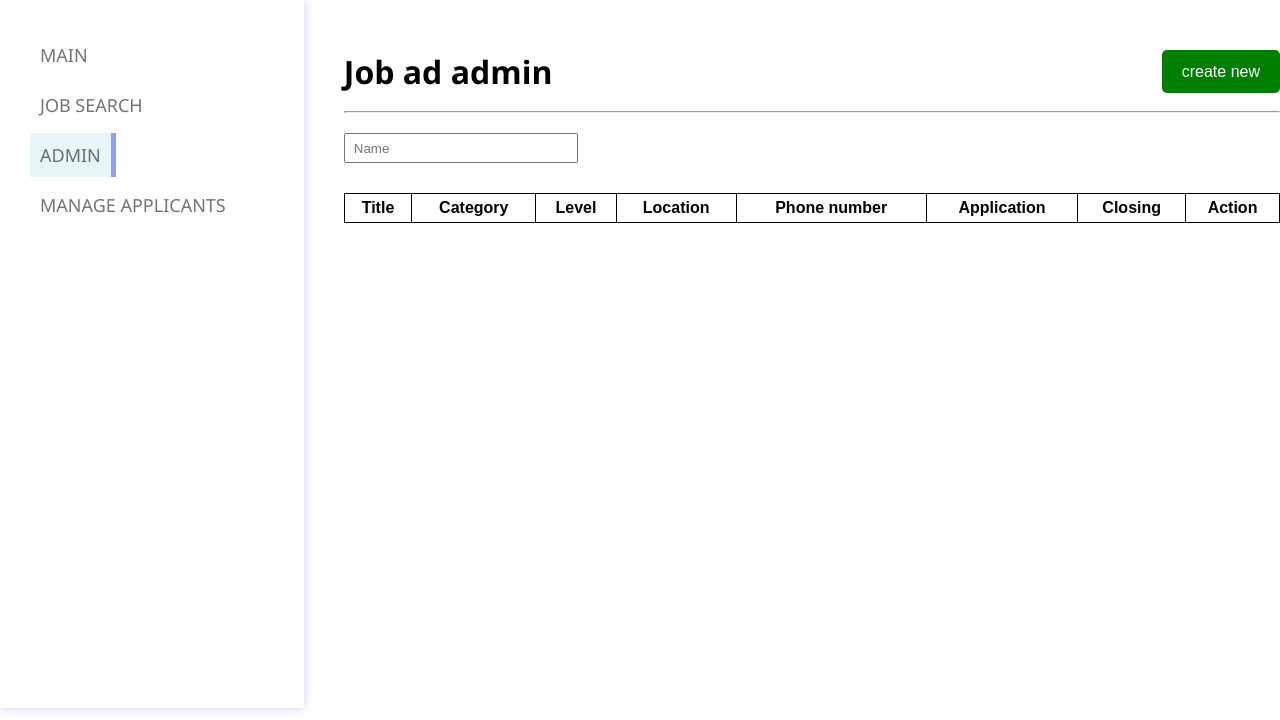
Repository: ismoil3/todo-users
Page: admin page/admin.html
An editor plug-in stored every save of this project. The page is shown before and after a run of saves, followed by the edit.
The browser window is 1280 px wide. The pictures show the whole page.
The page's requests for data from a server got no answer.

Above is the page before, as saved 2024-08-23 12:44:05.

### admin page/admin.html
<!DOCTYPE html>
<html lang="en">
  <head>
    <meta charset="UTF-8" />
    <meta name="viewport" content="width=device-width, initial-scale=1.0" />
    <title>Document</title>
    <link rel="stylesheet" href="/admin page/admin.css" />
    <link rel="stylesheet" href="/style.css" />
    <link rel="icon" href="/image.png">
  </head>
  <body>
    <div class="main">
      <div class="categories">
        <a href="/main.html">MAIN</a><br />
        <a href="/jobsearch.html">JOB SEARCH</a><br />
        <a class="amain" href="/admin.html">ADMIN</a><br />
        <a href="/mesegeAplicants.html">MANAGE APPLICANTS</a><br />
      </div>

      <div class="rigth" id="rigth">
        <div class="job">
          <h1 class="Letest">Job ad admin</h1>
          <a href="/add/add.html" class="as">create new</a>
        </div>
        <br />
        <hr />
        <input type="search" class="search" placeholder="Name" />
        <table
          style="
            border: 1px solid black;
            width: 100%;
            margin: auto;
            padding: 10px 10px;
            margin-top: 30px;
          "
        >
          <thead>
            <tr>
              <th>Title</th>
              <th>Category</th>
              <th>Level</th>
              <th>Location</th>
              <th>Phone number</th>
              <th>Application</th>
              <th>Closing</th>
              <th>Action</th>
            </tr>
          </thead>
          <tbody class="box1"></tbody>
        </table>
      </div>
    </div>
    <script src="https://cdn.jsdelivr.net/npm/axios/dist/axios.min.js"></script>
    <script type="module" src="/admin page/main.js"></script>
  </body>
</html>

### admin page/admin.css
.job {
  display: flex;
  justify-content: space-between;
}

table {

  border-collapse: collapse;
}

table,
th,
td {
  border: 1px solid black;
  padding: 5px;
}
th{

}
.search{
  width: 25%;
  height: 30px;
  margin-top: 20px;
}
.btndelete{
display: block;
padding: 3px 15px;
text-align: center;
color: white;
background-color: red;
border-radius: 5px;
border-color: red;

}
.btndelete:hover{
  background-color: transparent;
  color: red;
  border-color: red;
  transform: 1s;
}
.btnedit{
  display: block;
  padding: 3px 0px;
  width: 50px;
  margin-top: 4px;
  text-align: center;
  text-decoration: none;
  color: white;
  background-color: gray;
  border-radius: 5px;
  border: 1px solid gray;

}

.btnedit:hover{
  background-color: transparent;
  color: gray;
  border-color: gray;
  transform: 1s;
}

### style.css
* {
  margin: 0;
}
.btnaddsil a {
  text-decoration: none;
  color: white;
}
.btnaddsil {
  background-color: green;
  border-radius: 10px;
  padding: 10px 20px;
  position: relative;
  left: 1000px;
  z-index: 1;
  top: 40px;
}
.categories {
  position: sticky;
  top: 0;
  line-height: 50px;
  width: 250px;
  box-shadow: 0px 0px 10px rgba(0, 0, 255, 0.201);
  height: 90vh;
  font-family: "Segoe UI", Tahoma, Geneva, Verdana, sans-serif;
  padding: 30px 30px;
  font-weight: 500;
  font-size: large;
}
.categories a {
  padding: 10px;
  text-decoration: none;

  color: rgba(0, 0, 0, 0.55);
}
.categories a:hover {
  background-color: rgb(229, 245, 250);
  border-right: 5px solid rgba(0, 0, 255, 0.365);
}
.amain {
  background-color: rgb(229, 245, 250);
  border-right: 5px solid rgba(0, 0, 255, 0.365);
}
.main {
  display: flex;
}
.rigth {
  /* border: 1px solid black; */
  margin-top: 50px;

  width: 75%;
  margin-left: 40px;
}
.Letest {
  font-family: "Segoe UI", Tahoma, Geneva, Verdana, sans-serif;
}
.card {
  border: 1px solid black;
  width: 400px;
  height: 110px;
  padding: 10px 20px;
  border-radius: 20px;
  margin: auto;
}
.level {
  display: inline;
  background-color: #bfdbfe;
  padding: 10px;
  border-radius: 20px;
}
.title {
  display: inline;
}
.block1 {
  display: flex;
  align-items: center;
  justify-content: space-between;
}
.button {
  background-color: #2196f3;
  color: white;
  width: Hug (119px) px;
  height: Hug (42px) px;
  padding: 8px 22px 8px 22px;
  gap: 0px;
  border-radius: 4px 0px 0px 0px;
  opacity: 0px;
  border: none;
  border-radius: 10px;
}
.as {
  text-decoration: none;
  color: white;
  background-color: green;
  font-size: 16px;
  font-weight: 500;
  cursor: pointer;
  padding: 5px 20px;
  display: flex;
  align-items: center;
  border-radius: 5px;
}
.block2 {
  margin-top: 20px;
  display: flex;
  align-items: center;
  justify-content: space-between;
}
.box {
  margin-top: 30px;
  display: flex;
  gap: 20px;
  flex-wrap: wrap;
  align-items: center;
}
.select1 {
  margin-top: 20px;
  width: 150px;
  padding: 10px 20px;
  margin-left: 50px;
}
.select2 {
  width: 150px;
  padding: 10px 20px;
  margin-left: 20px;
}

.adddialog {
  width: 100%;
  height: 100vh;
  border: none;
}
.addForm {
  margin-top: 100px;
}

body {
  font-family: Arial, sans-serif;
}

form {
  max-width: 600px;
  margin: auto;
}
input,
textarea {
  width: 100%;
  padding: 8px;
  margin-top: 5px;
  box-sizing: border-box;
}

.cancel {
  background-color: red;
  color: white;
  margin-left: 200px;
}
.btns {
  display: flex;
  justify-content: space-between;
}

.save {
  background-color: green;
  color: white;
}

### admin page/main.js
import { Get } from "./api.js";
Get();

### admin page/api.js

const Api="https://66b99bb1fa763ff550f8d5f2.mockapi.io/back/users"
import { getData, } from "./dom.js";
const search=document.querySelector(".search")

search.oninput=(event)=>{
    Get(event.target.value)
}

async function Get(word) {
    try {
        const {data}=await axios.get(word? Api+"?title="+word:Api)
        getData(data)
    } catch (error) {
        console.error(error);
    }
}
async function Delete(idx) {
    try {
        const {data}=await axios.delete(`${Api}/${idx}`)
        Get()
    } catch (error) {

    }
}
// async function addTaks(obj) {
//     try {
//         const {data}=await axios.post(Api,obj)
//         Get()
//     } catch (error) {
//         console.error(error);
//     }
// }
export {Get,Delete}

### admin page/dom.js
import { Delete } from "./api.js";
const box = document.querySelector(".box1");
let idx = null;
function getData(data) {
  box.innerHTML = "";
  data.forEach((e, i) => {
    const tr = document.createElement("tr");
    const title = document.createElement("td");
    title.innerHTML = e.title;
    const Category = document.createElement("td");
    Category.innerHTML = e.Category;
    const level = document.createElement("td");
    level.innerHTML = e.level;
    const loc = document.createElement("td");
    loc.innerHTML = e.loc;
    const phone = document.createElement("td");
    phone.innerHTML = e.phone;
    const app = document.createElement("td");
    app.innerHTML = e.app;
    const closing = document.createElement("td");
    closing.innerHTML = e.closing;
    const Action = document.createElement("td");
    const btndelete = document.createElement("button");
    btndelete.innerHTML = "del";
    btndelete.onclick = () => {
      Delete(e.id);
      console.log(idx);
    };
    const btnedit = document.createElement("a");
    btnedit.href = "/edit/index.html";
    btnedit.innerHTML = "edit";
    Action.append(btndelete, btnedit);
    btndelete.classList.add("btndelete")
    btnedit.classList.add("btnedit")
    tr.append(title, Category, level, loc, phone, app, closing, Action);
    box.appendChild(tr);
  });
}
export { getData, idx };

After the next 3 saves:
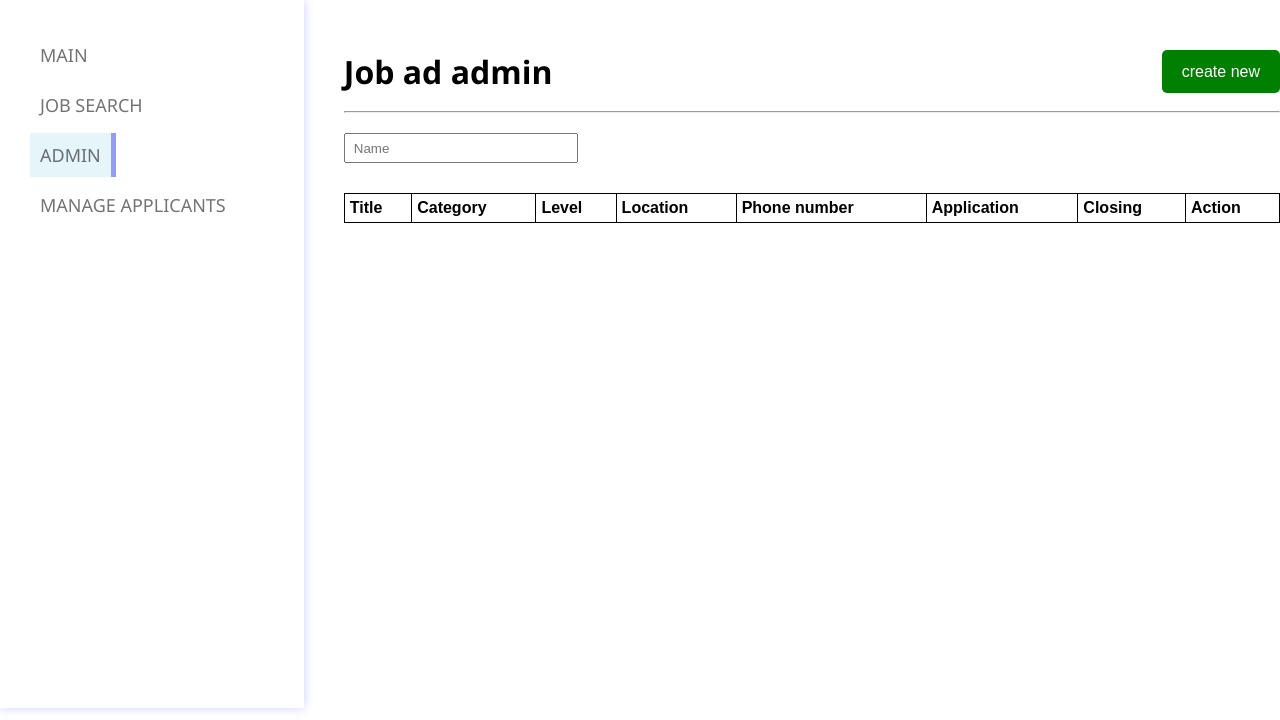
The 3 saves are shown as one change because they came seconds apart.
The last was saved 9 s later.
--- a/admin page/admin.css
+++ b/admin page/admin.css
@@ -15,7 +15,7 @@ td {
   padding: 5px;
 }
 th{
-
+  text-align: start;
 }
 .search{
   width: 25%;
